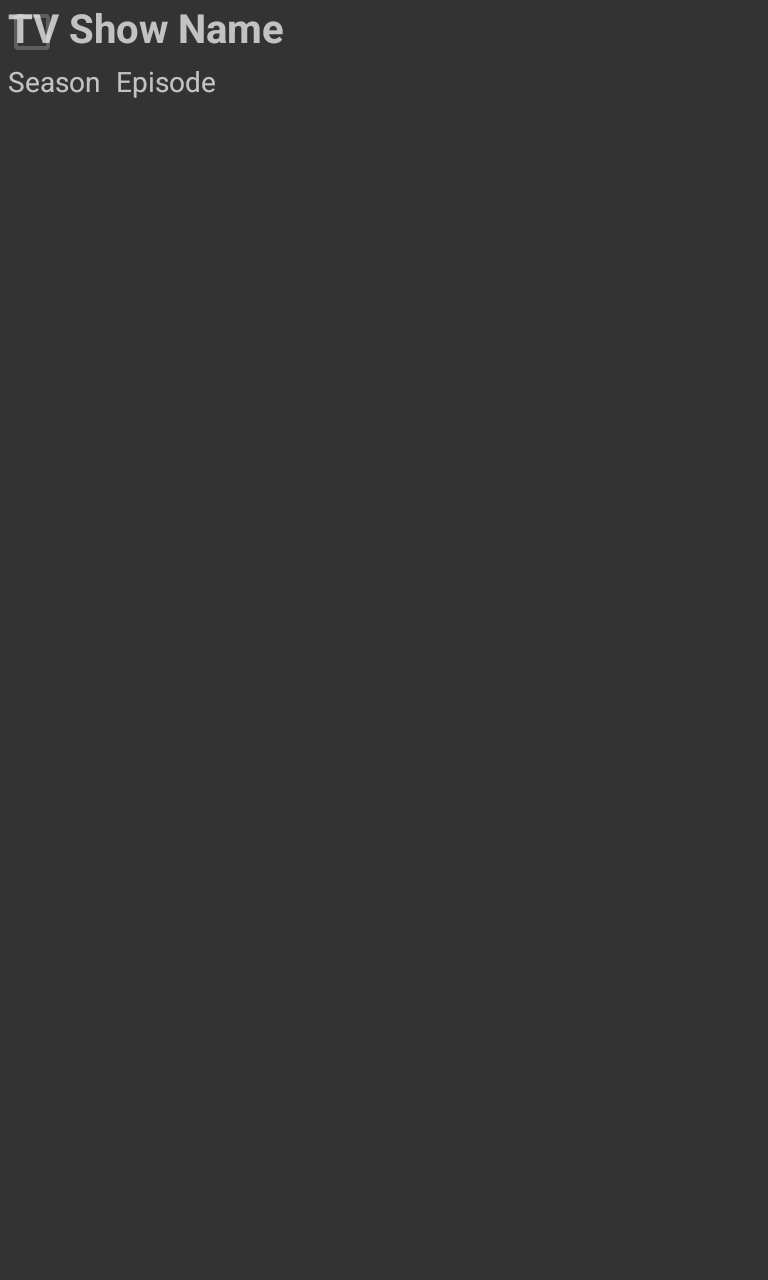
Repository: Jeedan/learning-android-apps
Layout: TvShowTracker/res/layout/list_item_tvshow.xml
The author's editor kept a copy of each file at every save. The layout is drawn from the files as they stood at one save, then again after the next save.
It is drawn on a 768 x 1280 px phone screen (xhdpi) without system bars, with theme AppTheme; the app's code is not run. The app's manifest (not shown) leaves right-to-left support off. So textAlignment, textDirection and layoutDirection are ignored, and left and right values win over start and end ones.

Above is the layout before, as saved 2014-10-29 14:34:09.

After the next save:
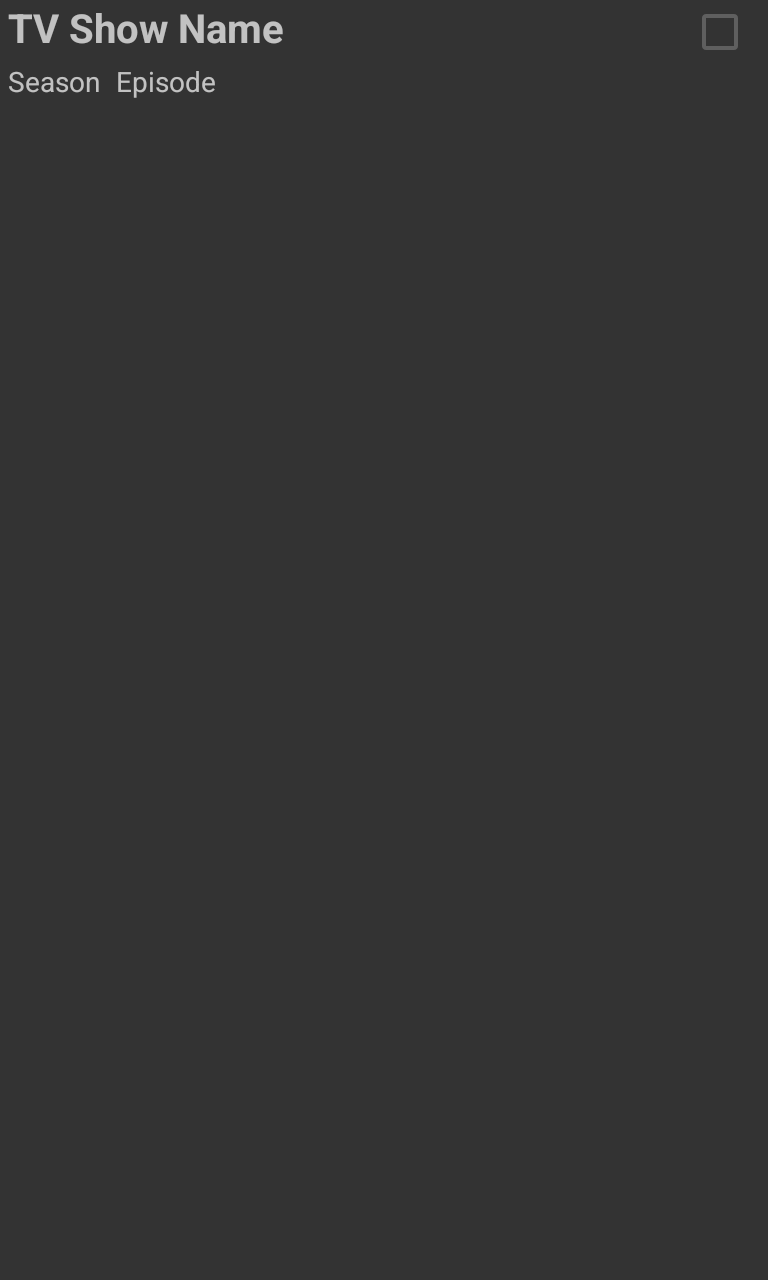
Saved 28 s later.
--- a/TvShowTracker/res/layout/list_item_tvshow.xml
+++ b/TvShowTracker/res/layout/list_item_tvshow.xml
@@ -16,8 +16,8 @@
     <CheckBox android:id="@+id/tracked_tv_show_check_box"
         android:layout_width="wrap_content"
         android:layout_height="wrap_content"
-        android:layout_alignRight="true"
-        android:layout_alignEnd="true"
+        android:layout_alignParentRight="true"
+        android:layout_alignParentEnd="true"
         android:padding="4dp"
         android:enabled="false"
         android:focusable="false"
